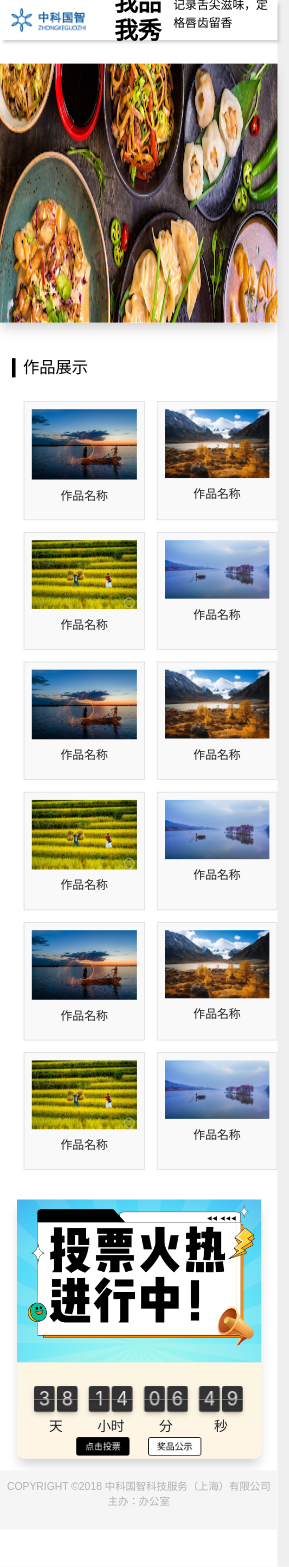
Repository: Scott-9499/zkgzsyds
Page: other/food.html
These files come from the project's save history. The page is drawn as it stood at one moment and after the next save; the edit follows.
The browser window is 375 px wide. The page is 391 px wide, so the pictures cover 391 px, including what lies to the right of the window. The pictures show the whole page, at 74% of full size.

Above is the page before, as saved 2024-11-22 16:56:20.

After the next save:
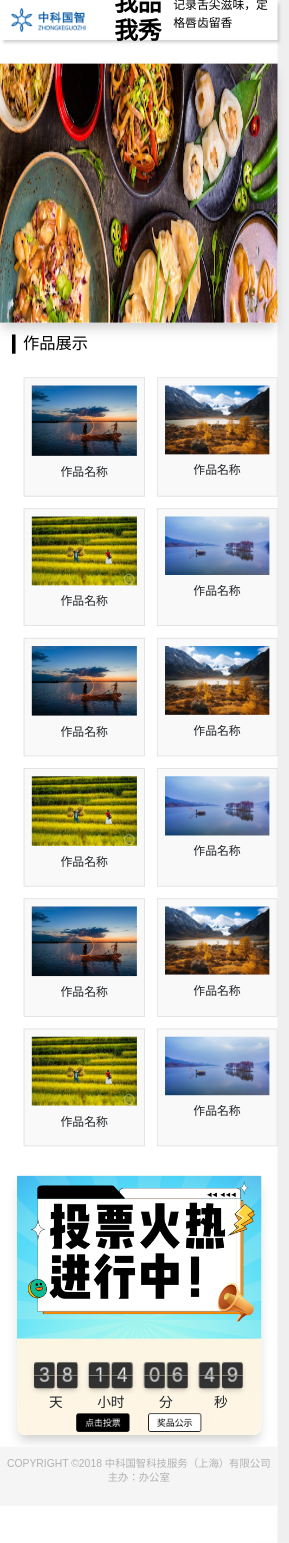
Saved 65 s later.
--- a/css/style-theme.css
+++ b/css/style-theme.css
@@ -364,7 +364,7 @@
     align-items: center; /* 居中对齐 */
   }
 
-  .banner,
+  .banner img,
   .toupiao {
     width: 100%; /* 占据整行 */
     margin: 1rem auto; /* 上下外边距和水平居中 */
